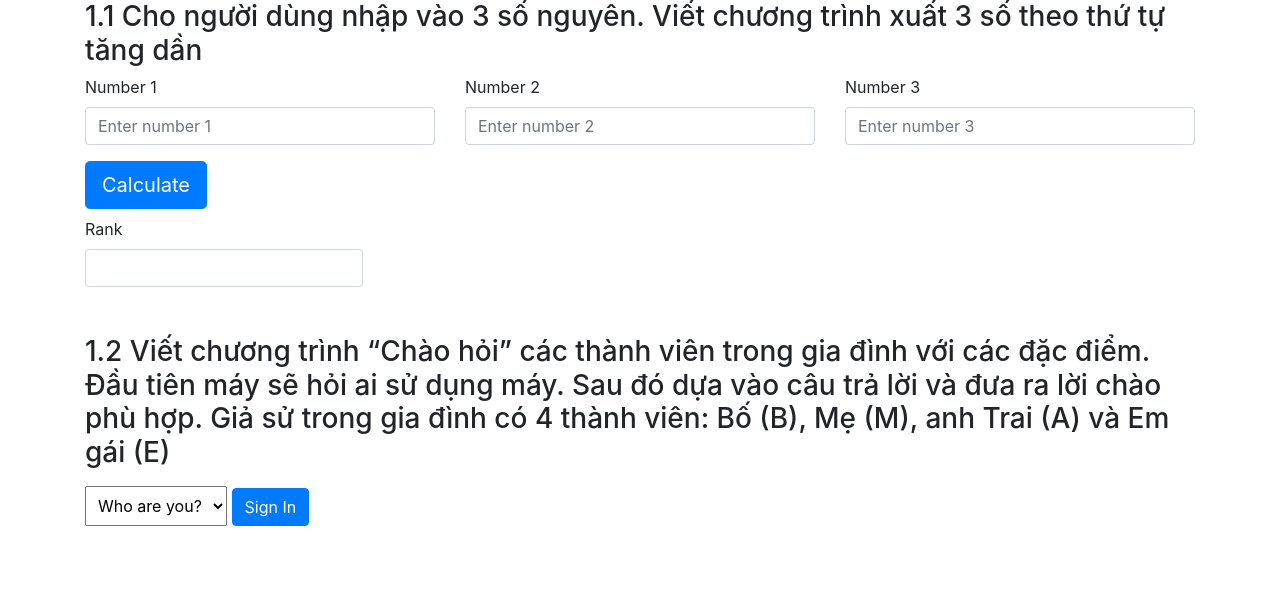
Repository: baobaodeveloper/bootscamp21__jsbasic__HuynhAnhBao
Page: index.html
The author's editor kept a copy of each file at every save. The page is drawn from the files as they stood at one save, then again after the next save.
The browser window is 1280 px wide. The pictures show the whole page.

Above is the page before, as saved 2022-03-10 18:32:04.

### index.html
<!DOCTYPE html>
<html lang="en">
  <head>
    <title>javaScript basic</title>
    <!-- Required meta tags -->
    <meta charset="utf-8" />
    <meta
      name="viewport"
      content="width=device-width, initial-scale=1, shrink-to-fit=no"
    />

    <!-- Bootstrap CSS -->
    <link
      rel="stylesheet"
      href="https://stackpath.bootstrapcdn.com/bootstrap/4.3.1/css/bootstrap.min.css"
      integrity="sha384-ggOyR0iXCbMQv3Xipma34MD+dH/1fQ784/j6cY/iJTQUOhcWr7x9JvoRxT2MZw1T"
      crossorigin="anonymous"
    />
  </head>
  <body>
    <!-- Cho người dùng nhập vào 3 số nguyên. Viết chương trình xuất 3 số theo thứ tự tăng dần -->
    <div class="container mb-xl-5">
      <h3>
        1.1 Cho người dùng nhập vào 3 số nguyên. Viết chương trình xuất 3 số
        theo thứ tự tăng dần
      </h3>

      <div class="row">
        <div class="col">
          <label class="form-label">Number 1</label>
          <input
            type="text"
            class="form-control num1"
            placeholder="Enter number 1"
          />
        </div>
        <div class="col">
          <label class="form-label">Number 2</label>
          <input
            type="number"
            class="form-control num2"
            placeholder="Enter number 2"
          />
        </div>
        <div class="col">
          <label class="form-label">Number 3</label>
          <input
            type="number"
            class="form-control num3"
            placeholder="Enter number 3"
          />
        </div>
      </div>

      <button type="button " class="btn btn-primary btn-lg mt-3 mb-2 btn-rank">
        Calculate
      </button>

      <div class="mt-3 m-auto">
        <label class="form-label">Rank</label>
        <input type="text" class="form-control w-25 result1" />
      </div>
    </div>

    <!-- Viết chương trình “Chào hỏi” các thành viên trong gia đình với các đặc điểm. Đầu tiên máy
    sẽ hỏi ai sử dụng máy. Sau đó dựa vào câu trả lời và đưa ra lời chào phù hợp. Giả sử trong
    gia đình có 4 thành viên: Bố (B), Mẹ (M), anh Trai (A) và Em gái (E) -->
    <div class="container">
      <h3 class="mb-3">
        1.2 Viết chương trình “Chào hỏi” các thành viên trong gia đình với các
        đặc điểm. Đầu tiên máy sẽ hỏi ai sử dụng máy. Sau đó dựa vào câu trả lời
        và đưa ra lời chào phù hợp. Giả sử trong gia đình có 4 thành viên: Bố
        (B), Mẹ (M), anh Trai (A) và Em gái (E)
      </h3>

      <select class="form-select p-2" aria-label="Default select example">
        <option selected>Who are you?</option>
        <option value="M">M</option>
        <option value="B">B</option>
        <option value="A">A</option>
        <option value="E">E</option>
      </select>

      <button type="button" class="btn btn-primary">Sign In</button>
    </div>
    <!-- Optional JavaScript -->
    <!-- jQuery first, then Popper.js, then Bootstrap JS -->
    <script
      src="https://code.jquery.com/jquery-3.3.1.slim.min.js"
      integrity="sha384-q8i/X+965DzO0rT7abK41JStQIAqVgRVzpbzo5smXKp4YfRvH+8abtTE1Pi6jizo"
      crossorigin="anonymous"
    ></script>
    <script
      src="https://cdnjs.cloudflare.com/ajax/libs/popper.js/1.14.7/umd/popper.min.js"
      integrity="sha384-UO2eT0CpHqdSJQ6hJty5KVphtPhzWj9WO1clHTMGa3JDZwrnQq4sF86dIHNDz0W1"
      crossorigin="anonymous"
    ></script>
    <script
      src="https://stackpath.bootstrapcdn.com/bootstrap/4.3.1/js/bootstrap.min.js"
      integrity="sha384-JjSmVgyd0p3pXB1rRibZUAYoIIy6OrQ6VrjIEaFf/nJGzIxFDsf4x0xIM+B07jRM"
      crossorigin="anonymous"
    ></script>

    <!-- <script src="exercise1.js"></script> -->
    <script src="exercise2.js"></script>
  </body>
</html>

Loaded but not shown: exercise2.js (no stored copy; drawn as an empty file)

After the next save:
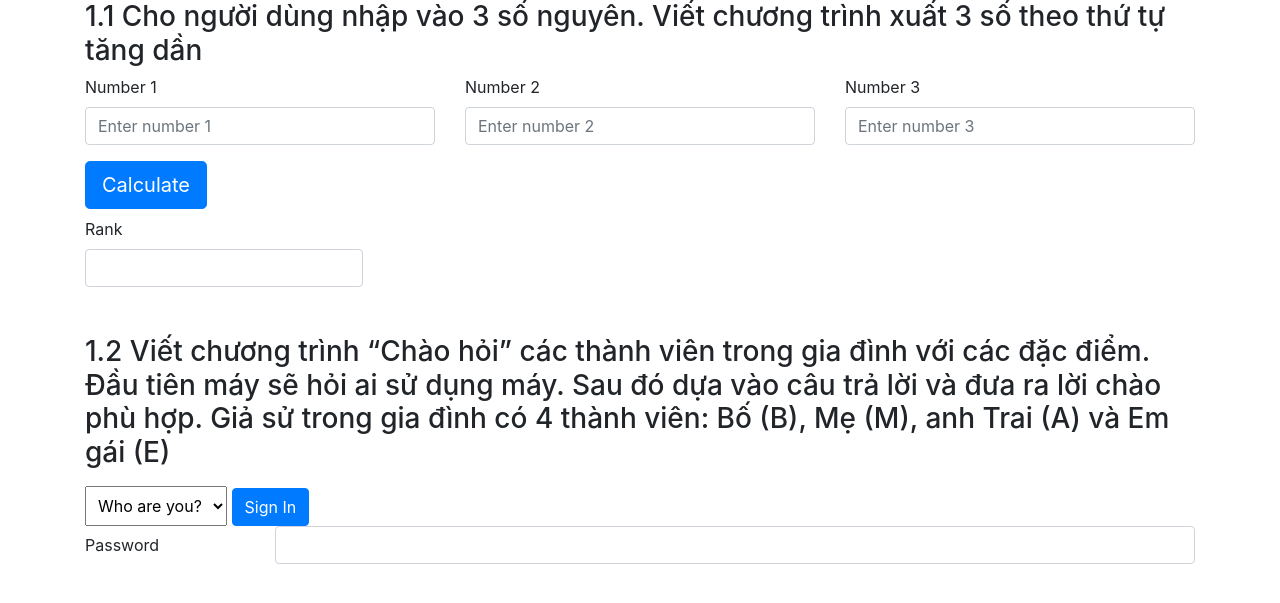
Saved 87 s later.
--- a/index.html
+++ b/index.html
@@ -82,6 +82,15 @@
       </select>
 
       <button type="button" class="btn btn-primary">Sign In</button>
+
+      <div class="mb-3 row">
+        <label for="inputPassword" class="col-sm-2 col-form-label"
+          >Password</label
+        >
+        <div class="col-sm-10">
+          <input type="password" class="form-control" id="inputPassword" />
+        </div>
+      </div>
     </div>
     <!-- Optional JavaScript -->
     <!-- jQuery first, then Popper.js, then Bootstrap JS -->
